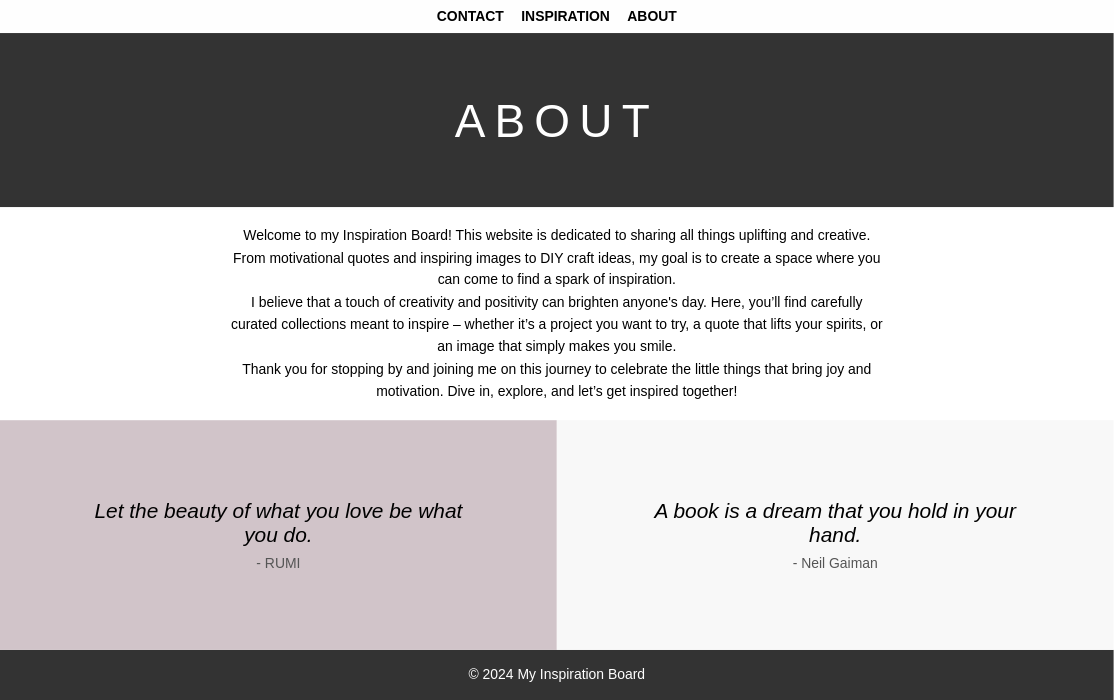
Repository: Brittany-Westlund/MART341-WebDesign
Page: WebDesignHomework/Assignment11/about.html
The author's editor kept a copy of each file at every save. The page is drawn from the files as they stood at one save, then again after the next save.
The browser window is 1280 px wide. The pictures show the whole page, at 87% of full size.

Above is the page before, as saved 2024-11-03 20:03:26.

### WebDesignHomework/Assignment11/about.html
<!DOCTYPE html>
<html lang="en">
<head>
    <meta charset="UTF-8">
    <meta name="viewport" content="width=device-width, initial-scale=1.0">
    <title>My Inspiration Board</title>
    <link rel="stylesheet" href="style/style.css">
</head>
<body>

    <!-- Navigation -->
    <nav>
        <ul>
            <li><a href="contact.html">CONTACT</a></li>
            <li><a href="index.html">INSPIRATION</a></li>
            <li><a href="about.html">ABOUT</a></li>
        </ul>
    </nav>


    <div class="banner">ABOUT</div>

    <div class="about-section">
        <p>Welcome to my Inspiration Board! This website is dedicated to sharing all things uplifting and creative. From motivational quotes and inspiring images to DIY craft ideas, my goal is to create a space where you can come to find a spark of inspiration.</p>

        <p>I believe that a touch of creativity and positivity can brighten anyone's day. Here, you’ll find carefully curated collections meant to inspire – whether it’s a project you want to try, a quote that lifts your spirits, or an image that simply makes you smile.</p>

        <p>Thank you for stopping by and joining me on this journey to celebrate the little things that bring joy and motivation. Dive in, explore, and let’s get inspired together!</p>
    </div>

    <div class="two-column-block">
        <div class="left-section">
            <blockquote>Let the beauty of what you love be what you do.</blockquote>
            <p id="quote-author">- RUMI</p>
        </div>
        <div class="right-section">
            <blockquote>A book is a dream that you hold in your hand.</blockquote>
            <p id="quote-author">- Neil Gaiman</p>
        </div>
    </div>

    <!--
    Full-width video section if needed
    <div>
        <video class="full-width-video" autoplay muted loop>
            <source src="" type="video/mp4">
            Your browser does not support the video tag.
        </video>
    </div>

     Full-width image section if needed
    <div>
        <img class="banner-image" src="">
    </div>
    -->

    <!-- Footer -->
    <footer>
        &copy; 2024 My Inspiration Board
    </footer>
</body>
</html>

### WebDesignHomework/Assignment11/style/style.css
/* Reset default styles */
* {
    margin: 0;
    padding: 0;
    box-sizing: border-box;
}

body {
    font-family: Arial, sans-serif;
}

/* Navigation styling */
nav {
    background-color: #fefefe;
    padding: 10px;
    text-align: center;
}

nav ul {
    list-style-type: none;
    display: flex;
    justify-content: center;
    gap: 20px;
}

nav ul li a {
    color: #000;
    text-decoration: none;
    font-weight: bold;
}

/* Dark gray banner styling */
.banner {
    height: 200px;
    background-color: #333;
    color: white;
    display: flex;
    align-items: center;
    justify-content: center;
    font-size: 3.3em;
    text-align: center;
    letter-spacing: 0.2em;
}

/* Banner image styling */
.banner-image {
    width: 100%;
    height: auto;
    display: block;
}

/* Two-column block styling */
.two-column-block {
    display: flex;
}

.two-column-block div {
    flex: 1;
    padding: 90px;
    text-align: center;
}

.left-section {
    background-color: #d1c4c9;
}

.right-section {
    background-color: #f8f8f8;
}

.about-section {
    max-width: 800px; /* Limits the width for readability */
    margin: 0 auto; /* Centers the section horizontally */
    padding: 20px; /* Adds space inside the section */
    text-align: center; /* Centers the text */
    line-height: 1.6; /* Improves readability */
}

/* Styling for blockquote and author */
blockquote {
    font-size: 1.5em;
    font-style: italic;
    margin-bottom: 10px;
}

#quote-author {
    font-size: 1em;
    color: #555;
    margin-top: 5px;
}

/* Full-width video styling */
.full-width-video {
    width: 100%;
    height: 300px;
    object-fit: cover;
    display: block;
}

/* Footer styling */
footer {
    background-color: #333;
    color: white;
    text-align: center;
    padding: 20px;
}

After the next save:
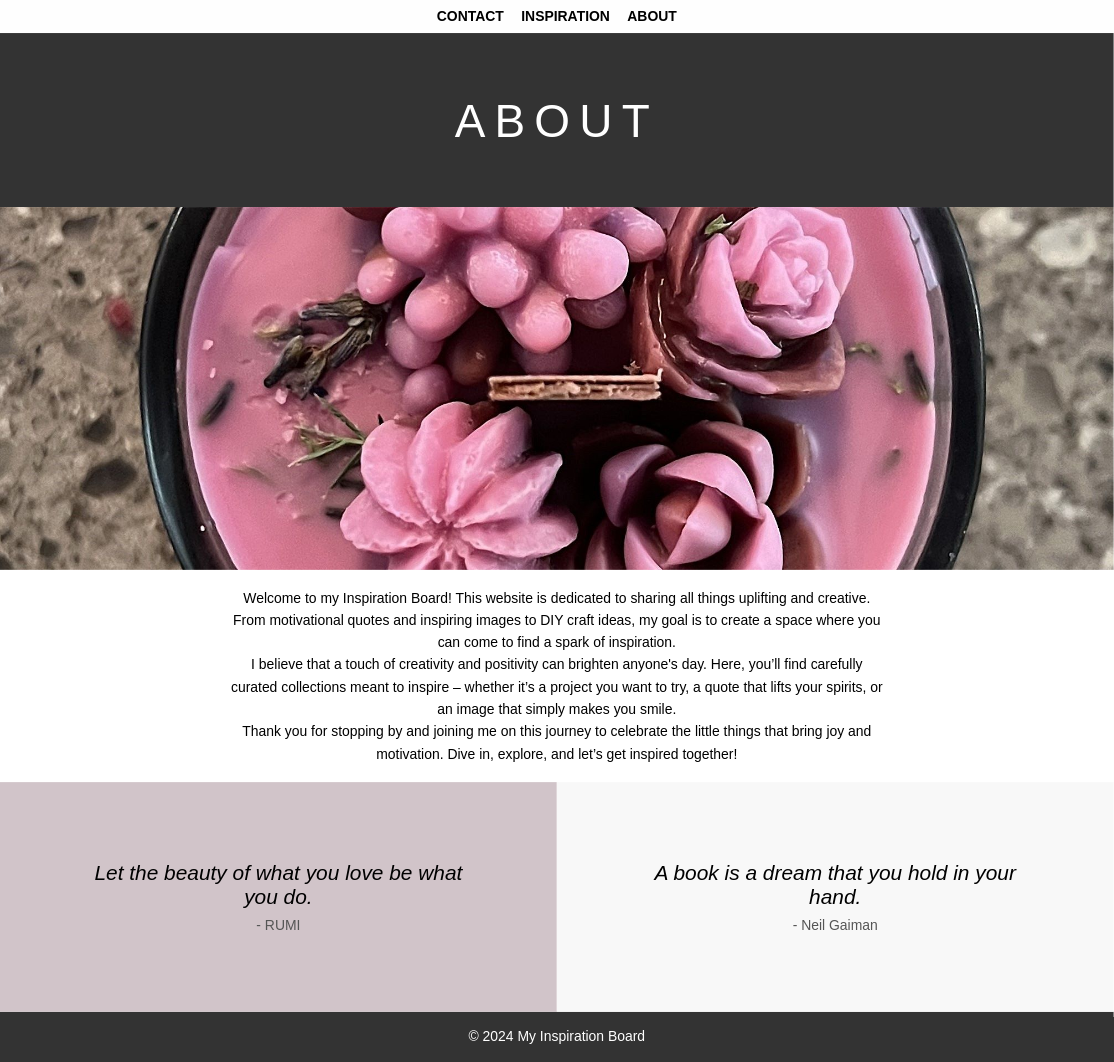
Saved 74 s later.
--- a/WebDesignHomework/Assignment11/about.html
+++ b/WebDesignHomework/Assignment11/about.html
@@ -19,6 +19,11 @@
 
 
     <div class="banner">ABOUT</div>
+
+    <!-- Full-width image section -->
+    <div>
+        <img class="banner-image" src="images/succulent_candle_topview_banner.jpg">
+    </div>
 
     <div class="about-section">
         <p>Welcome to my Inspiration Board! This website is dedicated to sharing all things uplifting and creative. From motivational quotes and inspiring images to DIY craft ideas, my goal is to create a space where you can come to find a spark of inspiration.</p>
